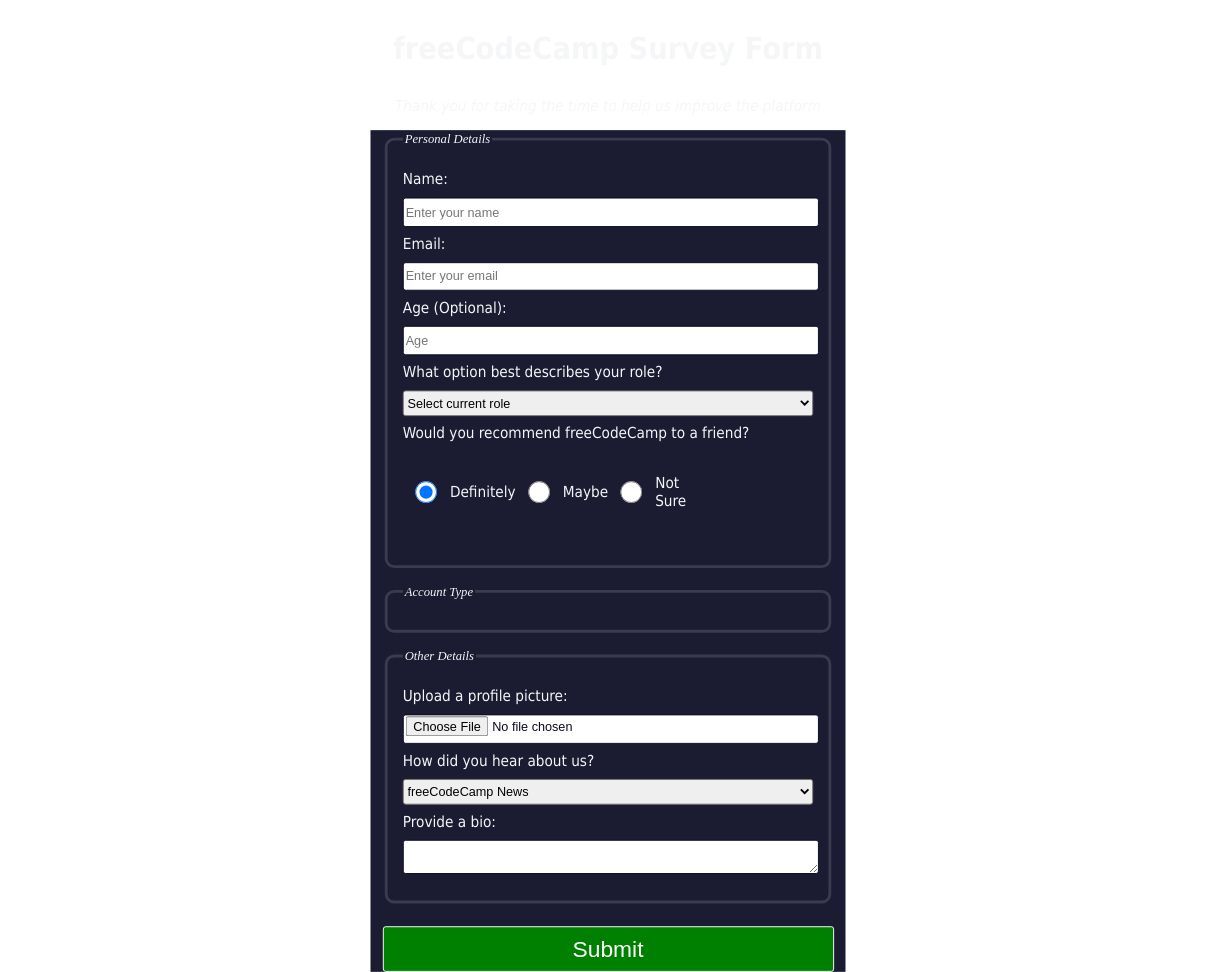
Repository: Lungdjos/survey_form_certification
Page: index.html
The author's editor kept a copy of each file at every save. The page is drawn from the files as they stood at one save, then again after the next save.
The browser window is 1280 px wide. The pictures show the whole page, at 95% of full size.

Above is the page before, as saved 2023-09-30 03:55:55.

After the next save:
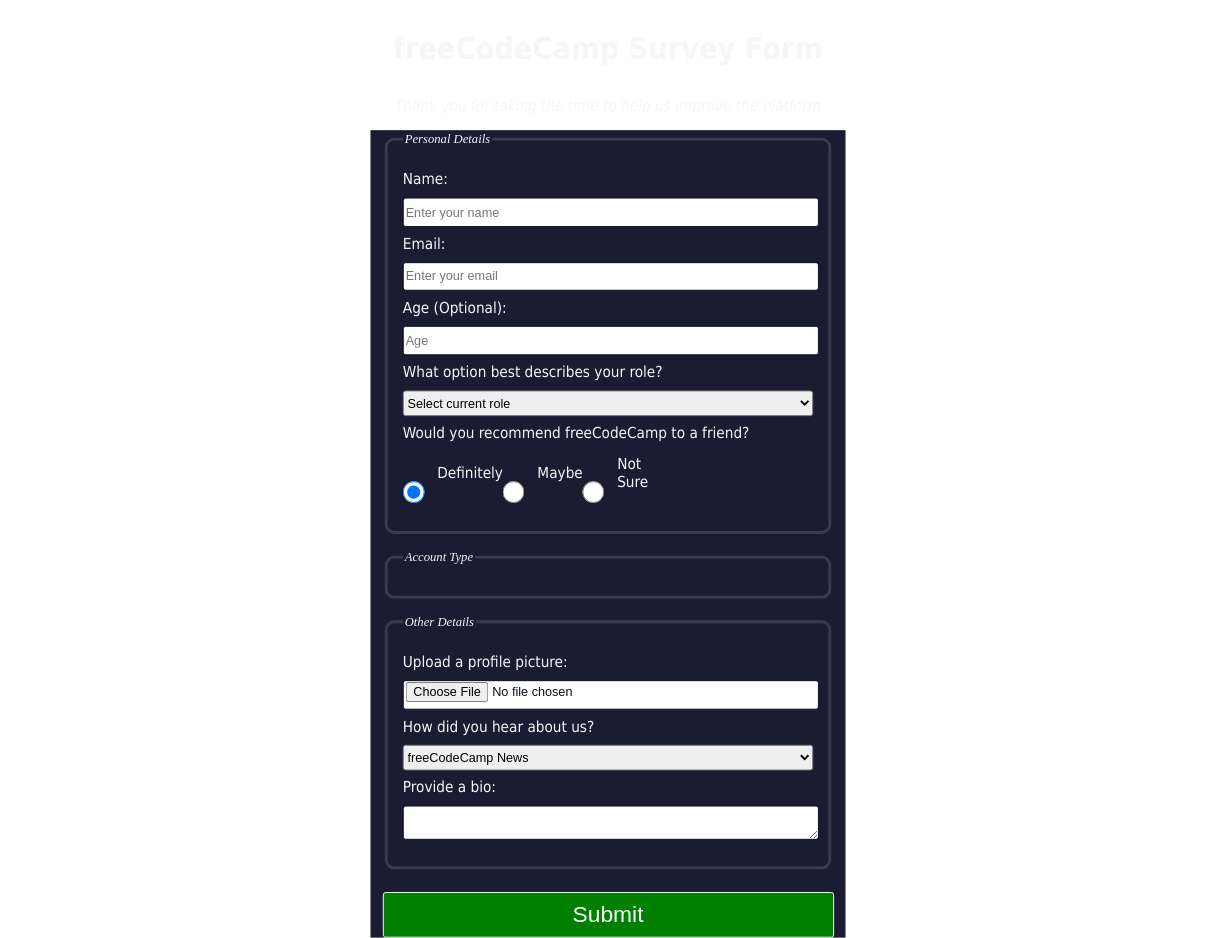
Saved 5 s later.
--- a/styles.css
+++ b/styles.css
@@ -107,7 +107,7 @@
 /* Style the radio buttons */
 
 input[type="radio"] {
-    margin: 3em 1em;
+    margin: 3em 1em 0 0;
 }
 
 legend {
